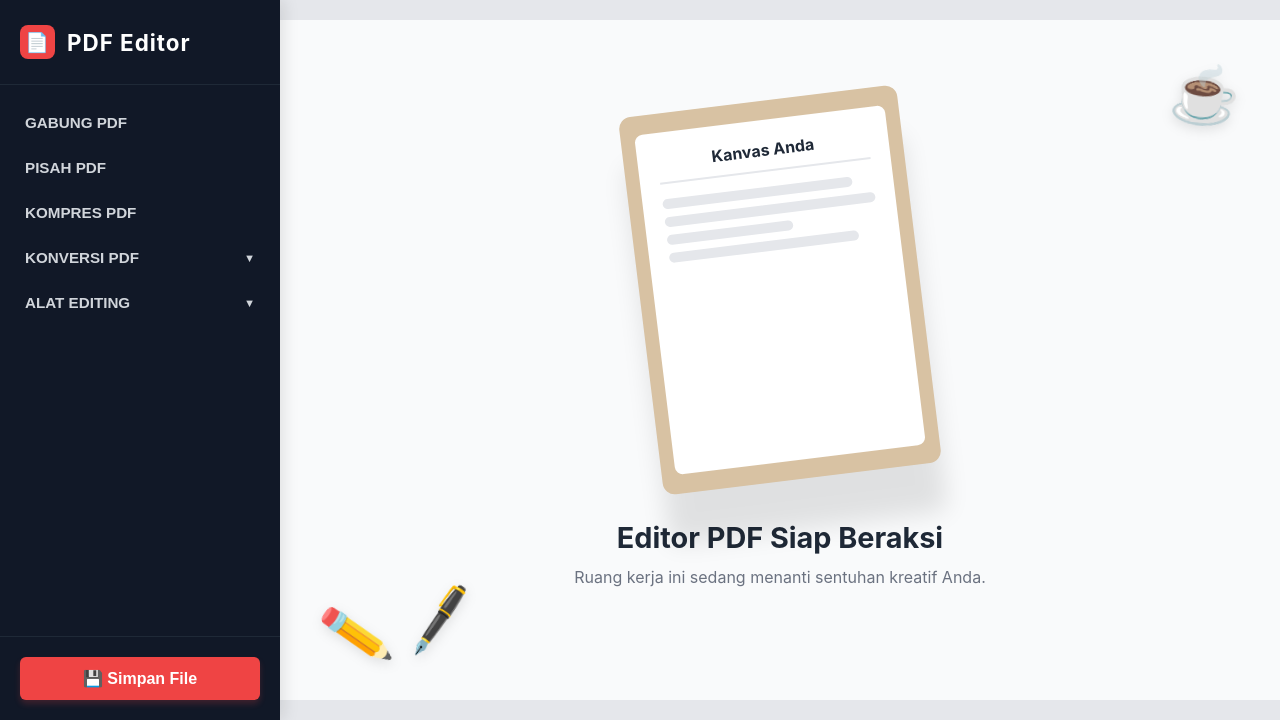
Repository: IkhsanMoekhtar/pdf_editor
Page: /
These files come from the project's save history. The page is drawn as it stood at one moment and after the next save; the edit follows.
The browser window is 1280 px wide. The pictures show the whole page.
The project was rebuilt for these pictures with package versions that can differ from the ones it lists, and the page was loaded fresh each time. Also part of the build but not shown: vite.config.js.

Above is the page before, as saved 2026-03-18 22:58:25.

### index.html
<!doctype html>
<html lang="en">
  <head>
    <meta charset="UTF-8" />
    <link rel="icon" type="image/svg+xml" href="/favicon.svg" />
    <meta name="viewport" content="width=device-width, initial-scale=1.0" />
    <title>frontend-pdf</title>
  </head>
  <body>
    <div id="root"></div>
    <script type="module" src="/src/main.jsx"></script>
  </body>
</html>

### src/index.css
/* --- CSS RESET GLOBAL --- */

/* Tanda bintang (*) artinya menerapkan aturan ini ke SEMUA elemen di website */
* {
  margin: 0;
  padding: 0;
  box-sizing: border-box; /* Memastikan padding tidak menambah lebar elemen */
}

/* Memaksa elemen dasar website untuk mengambil 100% layar tanpa sisa */
html, body, #root {
  width: 100%;
  height: 100%;
  background-color: #f3f4f6; /* Warna latar belakang aplikasi kita */
}

/* Menghilangkan font default yang kaku */
body {
  font-family: Inter, system-ui, Avenir, Helvetica, Arial, sans-serif;
  -webkit-font-smoothing: antialiased;
}

### src/App.css
/* --- TATA LETAK UTAMA --- */
.app-container {
  display: flex;
  flex-direction: row; /* Kembali menyamping: Kiri Sidebar, Kanan Workspace */
  height: 100vh;
  font-family: Inter, system-ui, Avenir, Helvetica, Arial, sans-serif;
  background-color: #e5e7eb;
}

/* --- SIDEBAR BARU --- */
.main-sidebar {
  width: 280px;
  background-color: #111827; /* Warna gelap yang modern */
  color: #f3f4f6;
  display: flex;
  flex-direction: column;
  flex-shrink: 0;
  box-shadow: 4px 0 15px rgba(0,0,0,0.1);
  z-index: 10;
}

.brand {
  display: flex;
  align-items: center;
  gap: 12px;
  padding: 25px 20px;
  font-size: 1.4rem;
  font-weight: 800;
  letter-spacing: 1px;
  border-bottom: 1px solid #1f2937;
  color: #ffffff;
}

.brand-icon {
  background-color: #ef4444;
  padding: 5px;
  border-radius: 8px;
  font-size: 1.2rem;
}

/* --- NAVIGASI SIDEBAR (ACCORDION) --- */
.sidebar-nav {
  flex: 1;
  overflow-y: auto; /* Bisa di-scroll jika menu terlalu panjang */
  padding: 15px 0;
}

/* Tombol Menu Utama */
.nav-item {
  width: 100%;
  text-align: left;
  background: transparent;
  border: none;
  color: #d1d5db;
  padding: 14px 25px;
  font-size: 0.95rem;
  font-weight: 600;
  cursor: pointer;
  display: flex;
  justify-content: space-between;
  align-items: center;
  transition: all 0.2s;
}

.nav-item:hover {
  background-color: #1f2937;
  color: #ffffff;
}

.arrow {
  font-size: 0.7rem;
  transition: transform 0.3s ease;
}

/* --- LOGIKA ACCORDION (Animasi Buka/Tutup) --- */
.submenu {
  max-height: 0; /* Secara default tertutup */
  overflow: hidden;
  background-color: #0b0f19; /* Latar submenu lebih gelap agar beda */
  transition: max-height 0.4s cubic-bezier(0.4, 0, 0.2, 1);
}

.nav-group.expanded .submenu {
  max-height: 500px; /* Terbuka saat div memiliki class 'expanded' */
}

.nav-group.expanded .arrow {
  transform: rotate(180deg); /* Panah berputar */
}

.nav-group.expanded .nav-item {
  color: #ef4444; /* Judul menu yang aktif berwarna merah */
}

/* Isi Submenu */
.submenu-title {
  font-size: 0.7rem;
  color: #6b7280;
  font-weight: 700;
  padding: 15px 25px 5px 25px;
  letter-spacing: 1px;
}

.submenu-btn {
  width: 100%;
  text-align: left;
  background: transparent;
  border: none;
  color: #9ca3af;
  padding: 10px 25px;
  font-size: 0.85rem;
  display: flex;
  align-items: center;
  cursor: pointer;
  transition: all 0.2s;
}

.submenu-btn:hover {
  color: #ffffff;
  background-color: #1f2937;
}

.submenu-btn.active {
  color: #ffffff;
  background-color: #ef4444;
}

/* -- IKON BERBASIS CSS (Tetap Dipertahankan) -- */
.doc-icon {
  display: inline-flex;
  align-items: center; justify-content: center;
  width: 20px; height: 20px;
  border-radius: 4px; font-size: 10px; font-weight: 800; color: rgb(255, 255, 255);
  margin-right: 12px;
}
.icon-jpg { background-color: #eab308; }
.icon-word { background-color: #3b82f6; }
.icon-ppt { background-color: #f97316; }
.icon-excel { background-color: #22c55e; }
.icon-pdf { background-color: #ef4444; }

/* --- BAGIAN BAWAH SIDEBAR --- */
.sidebar-footer {
  padding: 20px;
  border-top: 1px solid #1f2937;
}

.save-btn {
  width: 100%;
  padding: 12px;
  background-color: #ef4444;
  color: white;
  border: none;
  border-radius: 6px;
  font-weight: bold;
  font-size: 1rem;
  cursor: pointer;
  transition: background-color 0.2s;
  box-shadow: 0 4px 6px rgba(239, 68, 68, 0.2);
}

.save-btn:hover { background-color: #dc2626; }

/* --- AREA KERJA UTAMA --- */
.workspace {
  flex: 1;
  display: flex;
  position: relative;
  overflow: hidden;
}

.viewer-container {
  width: 100%;
  height: 100%;
  background-color: #f9fafb;
  display: flex;
  justify-content: center;
  align-items: center;
}

/* --- DESAIN AREA KOSONG (KLIK UNTUK UPLOAD) --- */
.empty-state.desktop-scene {
  display: flex;
  flex-direction: column;
  align-items: center;
  justify-content: center;
  height: 100%;
  width: 100%;
  background-color: #f9fafb;
  position: relative;
  padding: 40px;
  overflow: hidden;
  cursor: pointer; /* Mengubah kursor menjadi tangan (menandakan bisa diklik) */
  transition: background-color 0.3s ease;
}

/* Sedikit penggelapan latar belakang saat area disorot mouse */
.empty-state.desktop-scene:hover {
  /* Menjalankan animasi 'pulse-border' selama 2 detik, berulang terus menerus (infinite) */
  animation: pulse-border 2s infinite ease-in-out;

  /* Sedikit mencerahkan latar belakang agar efek glow lebih terlihat */
  background-color: rgba(59, 130, 246, 0.03);
}

.clipboard {
  width: 280px; height: 380px;
  background-color: #d8c2a3;
  border-radius: 12px;
  box-shadow: 0 50px 25px rgba(0,0,0,0.1);
  transform: rotate(-7deg);
  position: relative;
  display: flex; align-items: center; justify-content: center;
  margin-bottom: 40px;
  transition: transform 0.3s ease;
}

.empty-state.desktop-scene:hover .clipboard {
  transform: rotate(0deg) scale(1.03);
}

.clipboard-paper {
  width: 90%; height: 90%; background-color: #ffffff;
  border-radius: 8px; padding: 20px;
  display: flex; flex-direction: column; gap: 15px;
}

.clipboard-header {
  font-weight: bold; color: #1f2937;
  border-bottom: 2px solid #e5e7eb; padding-bottom: 10px; text-align: center;
}

.clipboard-content { flex: 1; display: flex; flex-direction: column; gap: 8px; }
.empty-line { height: 10px; background-color: #e5e7eb; border-radius: 5px; }
.empty-line.large { width: 90%; }
.empty-line.medium { width: 60%; }

.desk-item { position: absolute; font-size: 3.5rem; filter: drop-shadow(0 4px 6px rgba(0,0,0,0.1)); }
.coffee-cup { top: 40px; right: 40px; transform: rotate(5deg); }
.pens { bottom: 40px; left: 40px; display: flex; gap: 10px; transform: rotate(-10deg); }

.message-container { text-align: center; max-width: 500px; margin-bottom: 30px; }
.message-container h3 { font-size: 1.8rem; color: #1f2937; font-weight: 700; margin-bottom: 10px; }
.message-container p { color: #6b7280; line-height: 1.6; }

.start-hint-pil {
  display: flex; align-items: center; gap: 12px;
  background-color: #1f2937; color: #ffffff;
  padding: 12px 24px; border-radius: 999px;
  font-weight: bold; box-shadow: 0 6px 15px rgba(0,0,0,0.2);
  transition: all 0.2s;
}

.empty-state.desktop-scene:hover .start-hint-pil {
  background-color: #3b82f6; /* Berubah menjadi biru saat disorot */
  transform: translateY(-2px);
}

/* Animasi Ikon Mouse bergerak naik turun */
.bouncy-arrow {
  display: inline-block;
  font-size: 1.3rem;
  animation: bounce-vertical-hint 1.5s infinite;
}

@keyframes bounce-vertical-hint {
  0%, 100% { transform: translateY(0); }
  50% { transform: translateY(-5px); }
}

@keyframes pulse-border {
  0% {
    border-color: #9ca3af;
    box-shadow: 0 0 0 0 rgba(59, 130, 246, 0);
  }
  50% {
    /* Di titik tengah, border menjadi biru menyala dan memancarkan cahaya (glow) */
    border-color: #3b82f6;
    box-shadow: 0 0 20px 2px rgba(59, 130, 246, 0.3), inset 0 0 15px rgba(59, 130, 246, 0.1);
  }
  100% {
    border-color: #9ca3af;
    box-shadow: 0 0 0 0 rgba(59, 130, 246, 0);
  }
}

/* --- GAYA UNTUK ACTION BAR & TOMBOL --- */
.action-btn {
  padding: 8px 12px;
  background-color: white;
  color: #374151;
  border: 1px solid #e5e7eb;
  border-radius: 6px;
  font-size: 13px;
  font-weight: 700;
  cursor: pointer;
  transition: all 0.2s;
  display: flex; align-items: center; justify-content: center;
}

.action-btn:hover {
  background-color: #f3f4f6;
  border-color: #d1d5db;
}

.action-btn.active {
  background-color: #ef4444; /* Merah seperti logo Anda */
  color: white;
  border-color: #dc2626;
}

.pdf-paper .react-pdf__Page,
.pdf-paper .react-pdf__Page canvas {
  width: 100% !important;
  height: auto !important;
  max-width: none !important;
}

Loaded but not shown: src/main.jsx (common file); src/App.jsx (372 lines, source omitted)

After the next save:
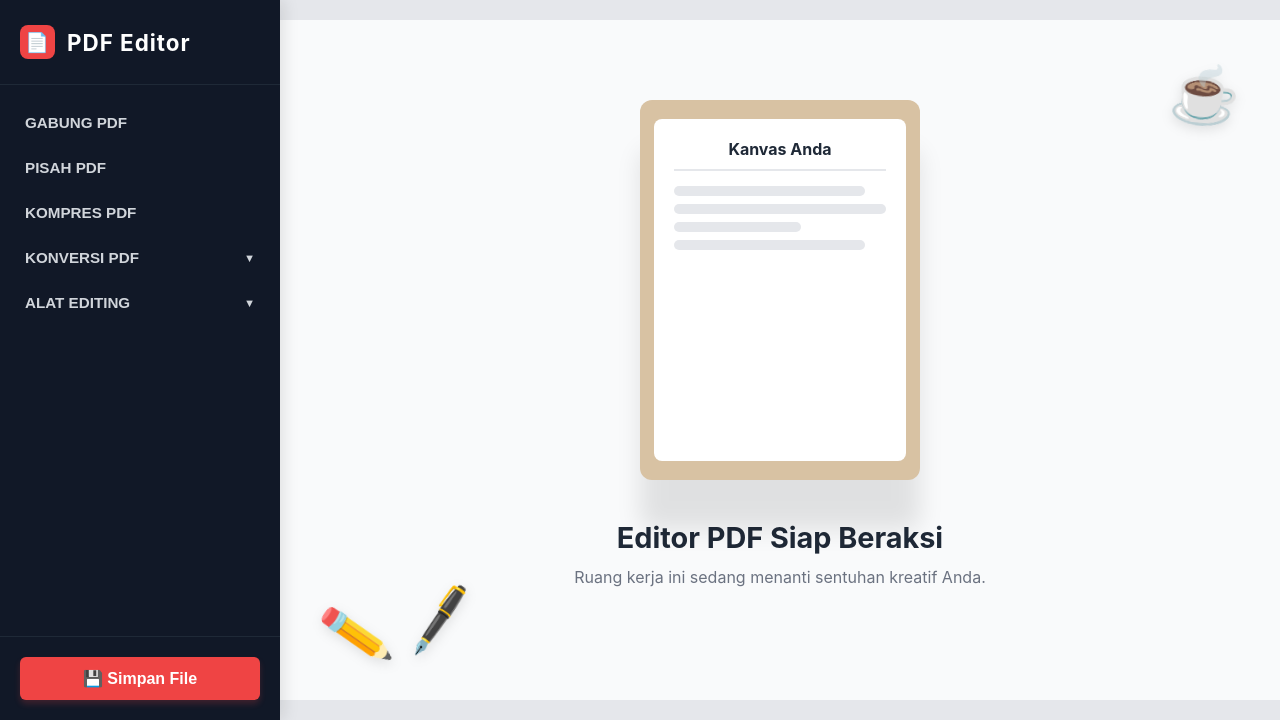
Saved 14 s later.
--- a/src/App.css
+++ b/src/App.css
@@ -208,7 +208,7 @@
   background-color: #d8c2a3;
   border-radius: 12px;
   box-shadow: 0 50px 25px rgba(0,0,0,0.1);
-  transform: rotate(-7deg);
+  transform: flip(-7deg);
   position: relative;
   display: flex; align-items: center; justify-content: center;
   margin-bottom: 40px;

After the save that followed:
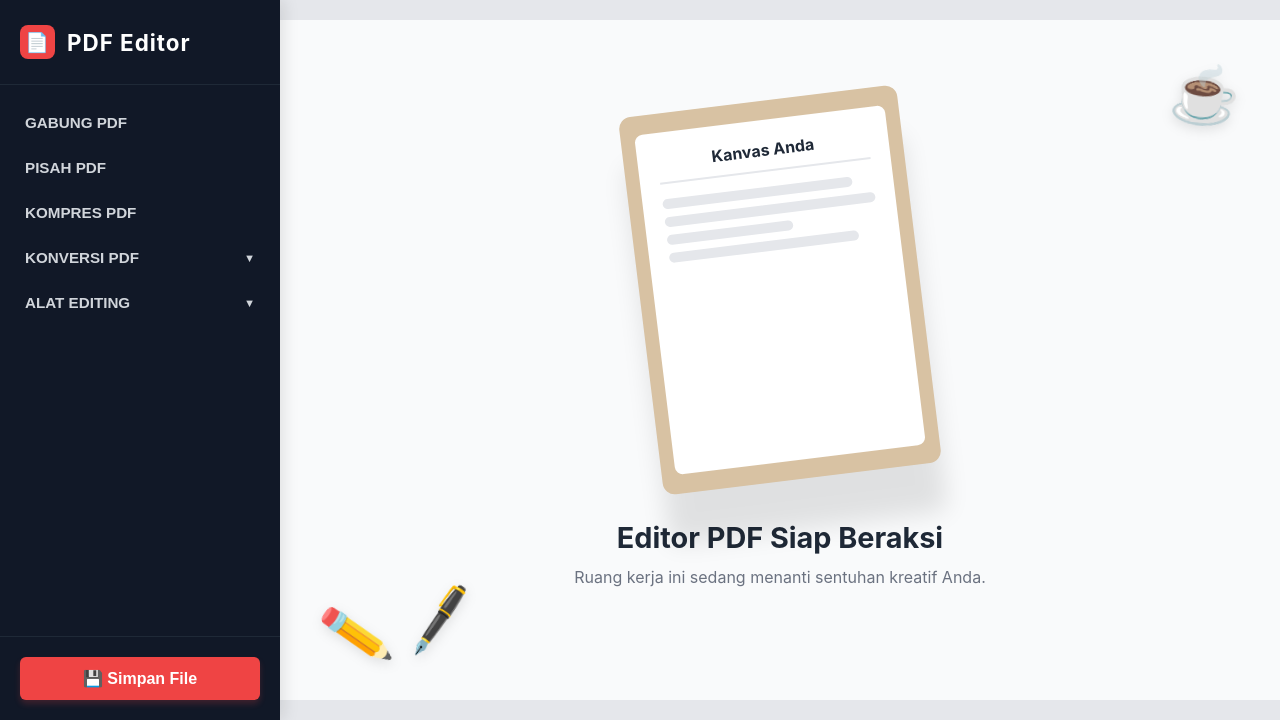
Saved 103 s later.
--- a/src/App.css
+++ b/src/App.css
@@ -208,7 +208,7 @@
   background-color: #d8c2a3;
   border-radius: 12px;
   box-shadow: 0 50px 25px rgba(0,0,0,0.1);
-  transform: flip(-7deg);
+  transform: rotate(-7deg);
   position: relative;
   display: flex; align-items: center; justify-content: center;
   margin-bottom: 40px;
